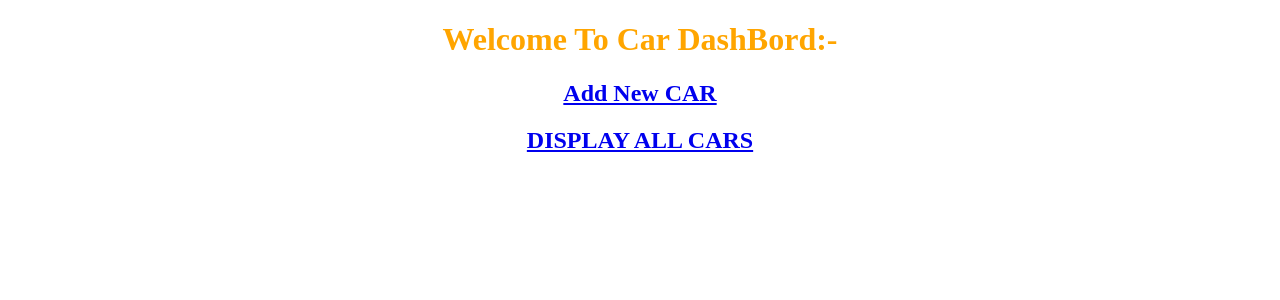
Repository: akashjena9208/Advance_Java_Jspider
Page: http://localhost/ServletProject_CarDB/
The author's editor kept a copy of each file at every save. The page is drawn from the files as they stood at one save, then again after the next save.
The browser window is 1280 px wide. The pictures show the whole page.
The page is served by Tomcat 9.

Above is the page before, as saved 2025-01-29 18:53:16.

After the next save:
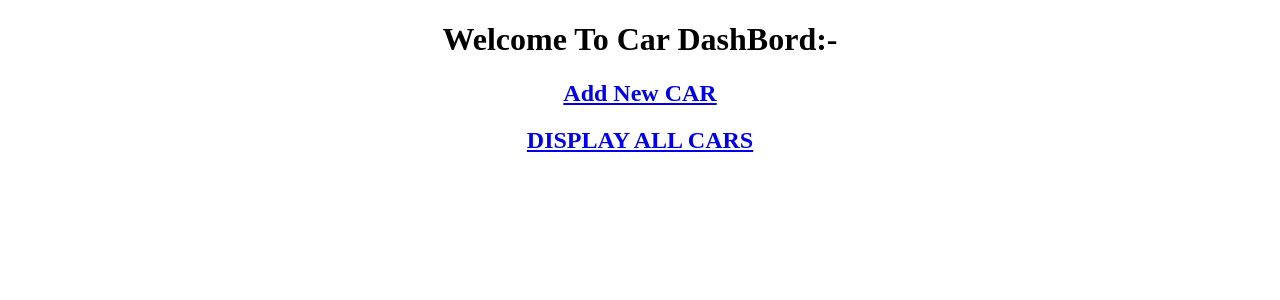
Saved 2 min 36 s later.
--- a/ServletProject_CarDB/src/main/webapp/index.jsp
+++ b/ServletProject_CarDB/src/main/webapp/index.jsp
@@ -6,10 +6,12 @@
 <meta charset="UTF-8">
 <title>Car</title>
 <style>
-
+ background-image: url("https://img.freepik.com/free-vector/lightened-luxury-sedan-car-against-night-city-with-headlamps-rear-tail-lights-lit_1284-28804.jpg?t=st=1738176933~exp=1738180533~hmac=892034d2ec2f72bcf21a0e7fc0a93fca52981f434b4b6b463d0f0597d2132802&w=996");
 h1 {
   color: orange;
+
 }
+
 </style>
 
 </head>
